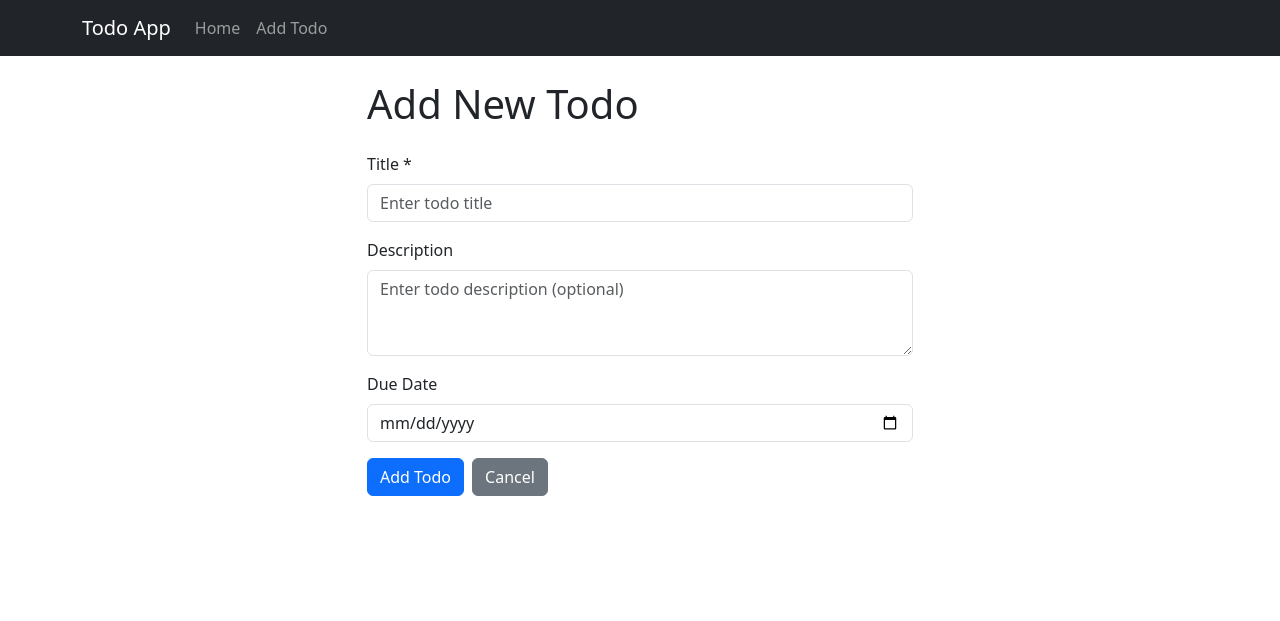
Repository: flow-ctrl369/Flask-Test
Page: http://localhost/add
The author's editor kept a copy of each file at every save. The page is drawn from the files as they stood at one save, then again after the next save.
The browser window is 1280 px wide. The pictures show the whole page.
The page is served by the project's application, run on Flask 3 (app.py).

Above is the page before, as saved 2025-06-18 17:18:22.

After the next save:
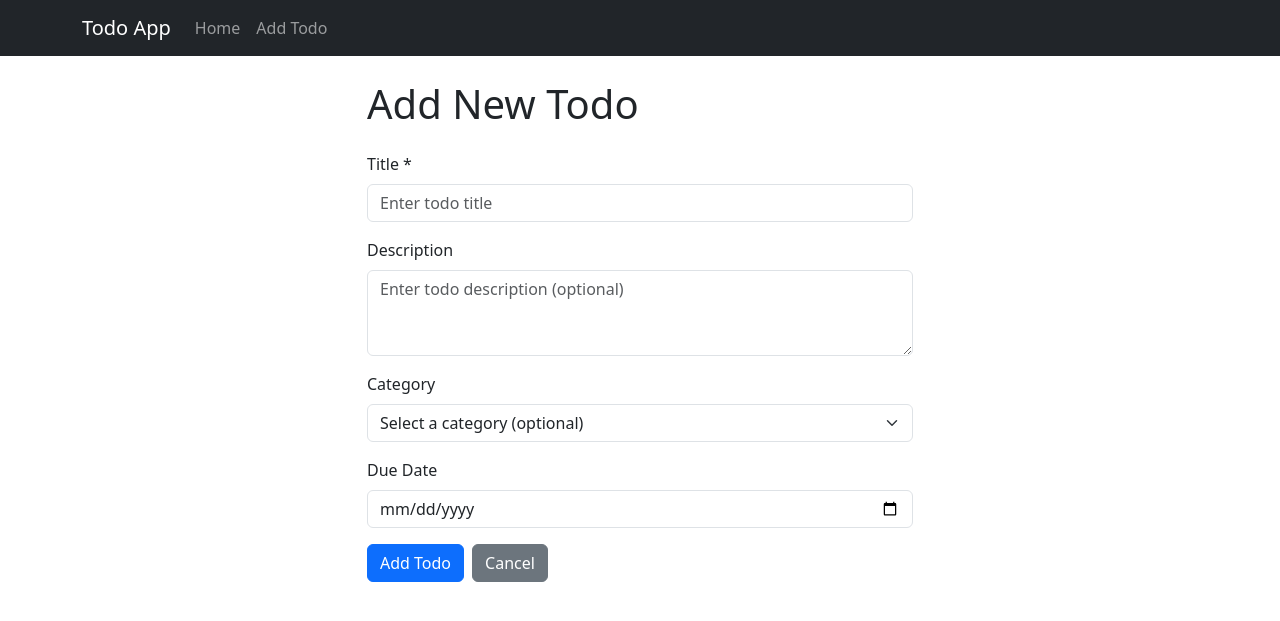
Saved 12 s later.
--- a/templates/add.html
+++ b/templates/add.html
@@ -29,6 +29,21 @@ content %}
       </div>
 
       <div class="mb-3">
+        <label for="category" class="form-label">Category</label>
+        <select class="form-select" id="category" name="category">
+          <option value="">Select a category (optional)</option>
+          <option value="Work">Work</option>
+          <option value="Personal">Personal</option>
+          <option value="Shopping">Shopping</option>
+          <option value="Health">Health</option>
+          <option value="Education">Education</option>
+          <option value="Finance">Finance</option>
+          <option value="Home">Home</option>
+          <option value="Other">Other</option>
+        </select>
+      </div>
+
+      <div class="mb-3">
         <label for="due_date" class="form-label">Due Date</label>
         <input type="date" class="form-control" id="due_date" name="due_date" />
       </div>
